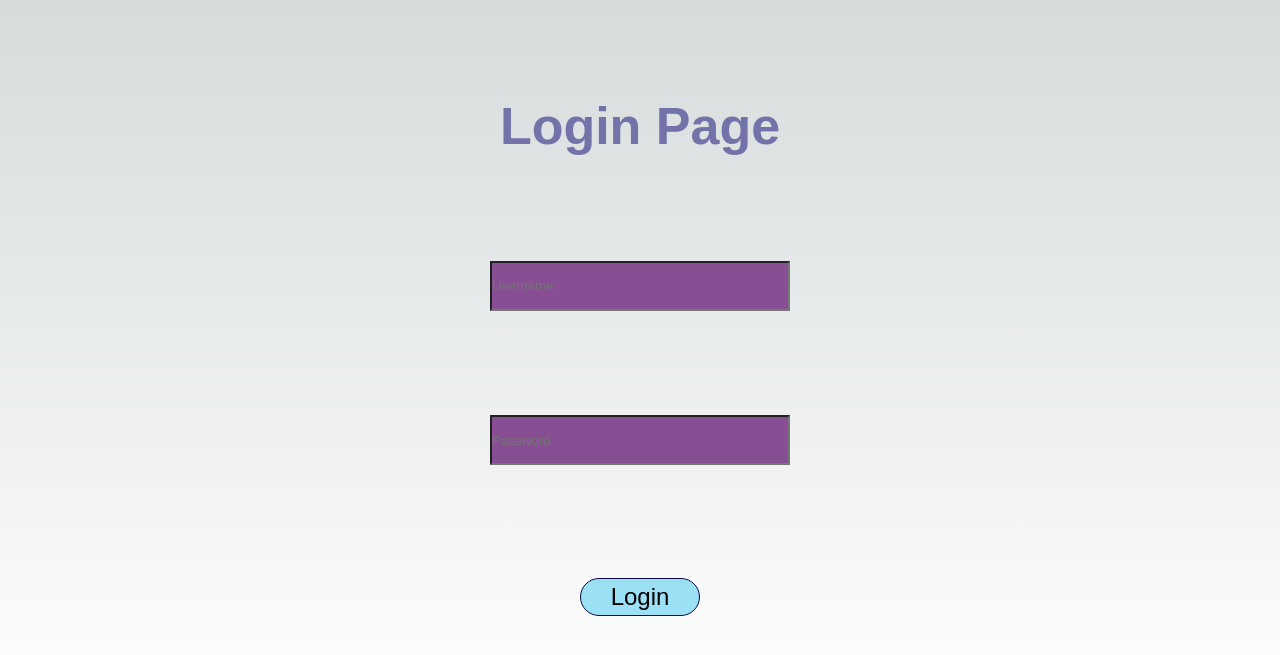
Repository: SaraShio/counter
Page: /
These files come from the project's save history. The page is drawn as it stood at one moment and after the next save; the edit follows.
The browser window is 1280 px wide. The pictures show the whole page.
The project was rebuilt for these pictures with package versions that can differ from the ones it lists, and the page was loaded fresh each time. The framework's server and built-in components were replaced by stand-ins that run in the browser. Also part of the build but not shown: next.config.js.

Above is the page before, as saved 2023-01-15 22:46:18.

### pages/index.js
import Head from 'next/head'
import Image from 'next/image'
import { Inter } from '@next/font/google'
import styles from '../styles/Home.module.css'
import { useEffect, useState } from 'react'
import { useRouter } from 'next/router'


const inter = Inter({ subsets: ['latin'] })

export default function Home() {

  const router = useRouter();

  const [formData, setFormData] = useState({
    firstName: '',
    username: '',
  })

  const CheckLogin = () => {
    console.log(formData.firstName);
    console.log(formData);

    if (formData.username !== null) {
      router.push({
        pathname: './counter',
        query: {
          username: formData.firstName
        }
      })
    }
  }


  return (
    <>
      <Head>
        <title>Create Next App</title>
        <meta name="description" content="Generated by create next app" />
        <meta name="viewport" content="width=device-width, initial-scale=1" />
        <link rel="icon" href="/favicon.ico" />
      </Head>
      <main className={styles.main}>
        <label className={styles.title}>Login Page</label>
        <input
          placeholder='Username'
          type="text"
          id="first"
          name="first"
          //pattern="[A-Z]{1}[a-z]{2-10}"
          //title="The first letter should be uppercase"
          onChange={(e => setFormData({ ...formData, firstName: e.target.value }))}
        />

        <input
          placeholder='Password'
          type="text"
          id="username"
          name="username"
          //required
          //minLength="5"
          //maxLength="10"
          onChange={(e => setFormData({ ...formData, username: e.target.value }))}

        />


        <button className={styles.submit} type="submit" onClick={() => CheckLogin()}>Login</button>

      </main>
    </>
  )
}

### styles/globals.css
:root {
  --max-width: 1100px;
  --border-radius: 12px;
  --font-mono: ui-monospace, Menlo, Monaco, 'Cascadia Mono', 'Segoe UI Mono',
    'Roboto Mono', 'Oxygen Mono', 'Ubuntu Monospace', 'Source Code Pro',
    'Fira Mono', 'Droid Sans Mono', 'Courier New', monospace;

  --foreground-rgb: 0, 0, 0;
  --background-start-rgb: 214, 219, 220;
  --background-end-rgb: 255, 255, 255;
  --light-purple: #e3b8eccf;
  --purple: #874e93;
  --medium-purple: #6565a2e3;
  --dark-gray: #434346;
  --deep-blue: #0a0a47;
  --light-blue: #51ccf18c;
  --extra-large-header-font: 52px;
  --large-header-font: 40px;
  --medium-header-font: 32px;
  --small-header-font: 24px;
  --new-font: 'Raleway', sans-serif, 'Unbounded', cursive;
  --padding: 16px;


  --primary-glow: conic-gradient(from 180deg at 50% 50%,
      #16abff33 0deg,
      #0885ff33 55deg,
      #54d6ff33 120deg,
      #0071ff33 160deg,
      transparent 360deg);
  --secondary-glow: radial-gradient(rgba(255, 255, 255, 1),
      rgba(255, 255, 255, 0));

  --tile-start-rgb: 239, 245, 249;
  --tile-end-rgb: 228, 232, 233;
  --tile-border: conic-gradient(#00000080,
      #00000040,
      #00000030,
      #00000020,
      #00000010,
      #00000010,
      #00000080);

  --callout-rgb: 238, 240, 241;
  --callout-border-rgb: 172, 175, 176;
  --card-rgb: 180, 185, 188;
  --card-border-rgb: 131, 134, 135;
}

@media (prefers-color-scheme: dark) {
  :root {
    --foreground-rgb: 255, 255, 255;
    --background-start-rgb: 0, 0, 0;
    --background-end-rgb: 0, 0, 0;

    --primary-glow: radial-gradient(rgba(1, 65, 255, 0.4), rgba(1, 65, 255, 0));
    --secondary-glow: linear-gradient(to bottom right,
        rgba(1, 65, 255, 0),
        rgba(1, 65, 255, 0),
        rgba(1, 65, 255, 0.3));

    --tile-start-rgb: 2, 13, 46;
    --tile-end-rgb: 2, 5, 19;
    --tile-border: conic-gradient(#ffffff80,
        #ffffff40,
        #ffffff30,
        #ffffff20,
        #ffffff10,
        #ffffff10,
        #ffffff80);

    --callout-rgb: 20, 20, 20;
    --callout-border-rgb: 108, 108, 108;
    --card-rgb: 100, 100, 100;
    --card-border-rgb: 200, 200, 200;
  }
}

* {
  box-sizing: border-box;
  padding: 0;
  margin: 0;
}

html,
body {
  max-width: 100vw;
  overflow-x: hidden;
}

body {
  color: rgb(var(--foreground-rgb));
  background: linear-gradient(to bottom,
      transparent,
      rgb(var(--background-end-rgb))) rgb(var(--background-start-rgb));
}

a {
  color: inherit;
  text-decoration: none;
}

@media (prefers-color-scheme: dark) {
  html {
    color-scheme: dark;
  }
}

### styles/Home.module.css
.main {
  display: flex;
  flex-direction: column;
  justify-content: space-between;
  align-items: center;
  padding: 6rem;
  min-height: 100vh;
  color: var(--medium-purple);
  font-size: var(--large-header-font);
  font-family: var(--new-font);
}

.title {
  font-size: var(--extra-large-header-font);
  font-weight: bold;
}

.main>input {
  width: 300px;
  height: 50px;
  background-color: var(--purple);
}

.submit {
  background-color: var(--light-blue);
  border: 0.5px solid var(--deep-blue);
  width: 120px;
  border-radius: 1000px;
  font-size: var(--small-header-font);
  font-family: var(--new-font);
  margin: 8px;
  padding: 4px;
}

Loaded but not shown: pages/_app.js (common file); pages/_document.js (common file)

After the next save:
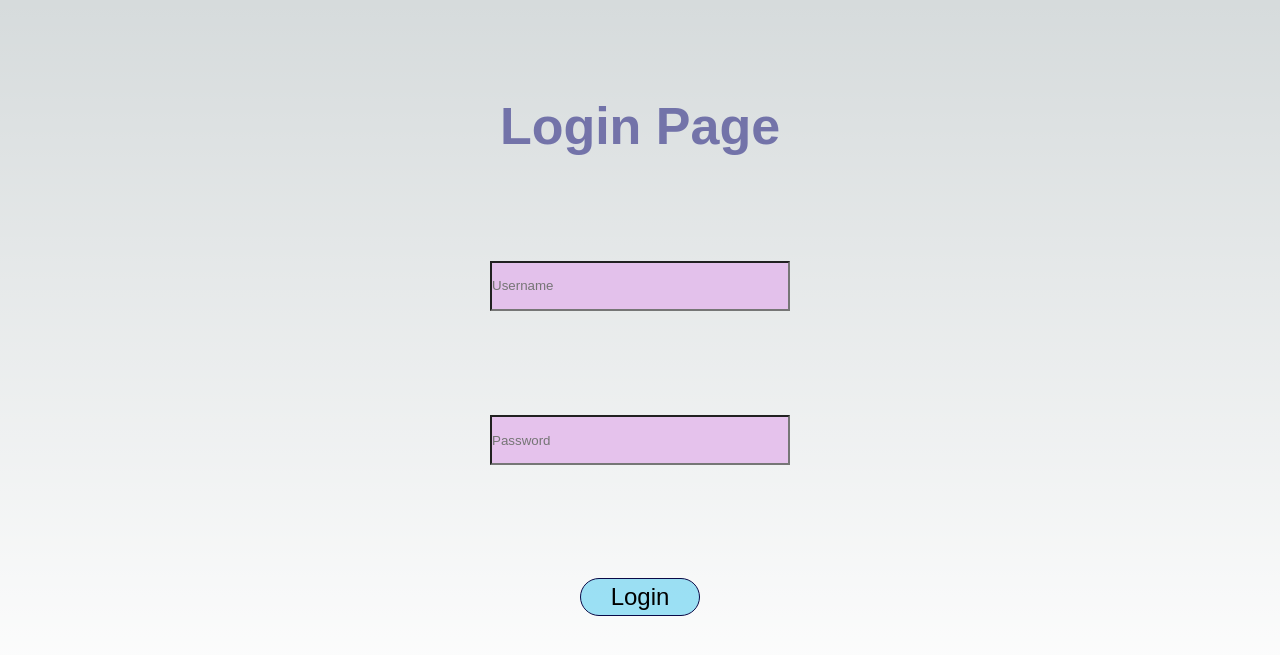
Saved 4 s later.
--- a/styles/Home.module.css
+++ b/styles/Home.module.css
@@ -18,7 +18,7 @@
 .main>input {
   width: 300px;
   height: 50px;
-  background-color: var(--purple);
+  background-color: var(--light-purple);
 }
 
 .submit {
